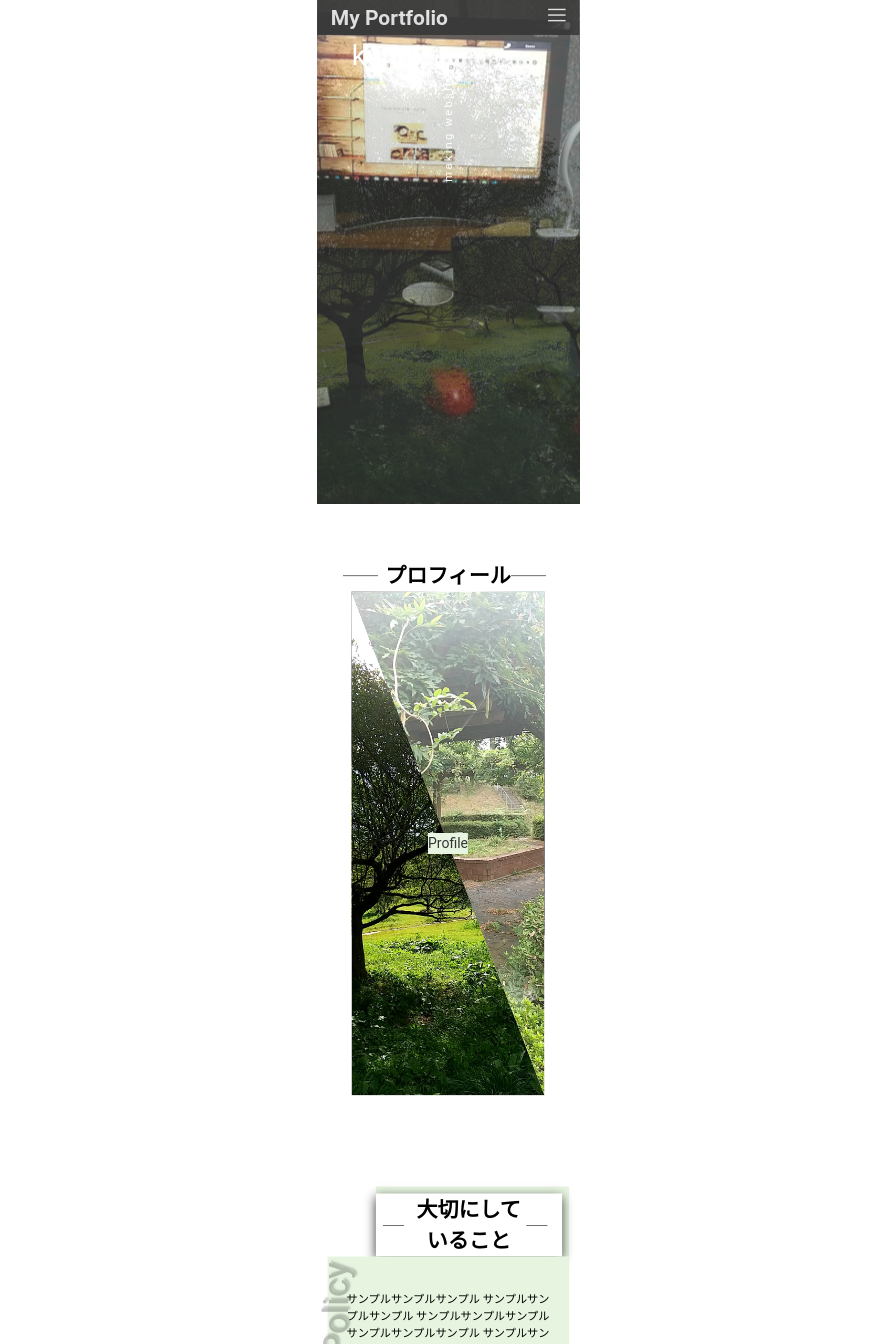
Repository: ppmp556/portfolio6
Page: index copy.html
An editor plug-in stored every save of this project. The page is shown before and after the next save, followed by the edit.
The browser window is 1280 px wide. The pictures show the part of the page from y = 0 to 1920 px (the page is 4078 px tall), at 70% of full size.
Some web libraries are served in a nearby version. The style sheet was rebuilt from its Sass, Less or Tailwind sources for each picture, by a compiler version that may differ from the author's.

Above is the page before, as saved 2020-10-22 16:04:27.

### index copy.html
<!DOCTYPE html>
<html ja>
  <head>
    <meta charset="utf-8" />
    <meta
      name="viewport"
      content="width=device-width, initial-scale=1.0, maximum-scale=1.0, minimum-scale=1.0"
    />
    <title>ポートフォリオ</title>
    <link rel="stylesheet" href="css/faundation.css" />
    <link rel="stylesheet" href="css/main.css" />
    <link
      href="https://use.fontawesome.com/releases/v5.6.1/css/all.css"
      rel="stylesheet"
    />
    <script src="https://ajax.googleapis.com/ajax/libs/jquery/3.4.1/jquery.min.js"></script>
  </head>

  <body>
    <div class="container">

      <div class="kv" id="kv_slide">
        <div class="kv_container">
          <img src="images/道.jpg" alt="" class="kv_img">
          <img src="images/仕事場.jpg" alt="" class="kv_img">
          <img src="images/木.jpg" alt="" class="kv_img">

          <!-- <img src="/images/3566338_s.jpg" alt="" class="kv_img"> -->
          <!-- <img src="/images/3566338_s.jpg" alt="" class="kv_img"> -->
          <!-- <img src="/images/3566338_s.jpg" alt="" class="kv_img"> -->
          <!-- <img src="/images/3566338_s.jpg" alt="" class="kv_img"> -->

          <!-- <div class="kv_wrapper line"> -->
            <div class="kv_txtbox">

              <p class="kv_animetype kv_ttl">
                kuma
                  <!-- ポートフォリオ<span class="line_type">|</span> -->
              </p><!-- /.kv_animetype -->
              <p class="kv_txt">making website</p><!-- /.kv_txt -->

            <!-- </div> -->
            </div><!-- /.kv_txtbox -->
          <!-- /.kv_wrapper -->
        </div><!-- /.kv_container -->
      </div>
      <!-- /#kv.kv -->

      <header class="header" id="top">
        <div class="header_inner flex">
          <h1 class="header_ttl"><a href="index.html">My Portfolio</a></h1>
          <!-- /.header_ttl -->

          <nav class="nav">
            <!-- ハンバーガーメニュー部分 -->

            <div class="nav_ham" id="nav_toggle">
              <span class="nav_line tg1"></span>
              <span class="nav_line tg2"></span>
              <span class="nav_line tg3"></span>
            </div>
            <!-- ハンバーガーメニューここまで -->

            <ul class="nav_list flex">
              <div class="nav_inner">
                <li class="nav_item">
                  <a href="#Top" class="nav_link">TOP</a>
                </li>
                <!-- /.nav_item -->
                <li class="nav_item">
                  <a href="#about" class="nav_link">Profile</a>
                </li>
                <!-- /.nav_item -->
                <li class="nav_item">
                  <a href="#skill" class="nav_link">Skill</a>
                </li>
                <!-- /.nav_item -->
                <li class="nav_item">
                  <a href="#blog" class="nav_link">Blog</a>
                </li>
                <!-- /.nav_item -->
                <li class="nav_item">
                  <a href="#create" class="nav_link">Create</a>
                </li>
                <!-- /.nav_item -->
              </div><!-- /.nav_inner -->
            </ul>
            <!-- /.nav_list -->
          </nav>
          <!-- /.nav -->
        </div><!-- /.header_inner -->
      </header>
      <!-- /.header -->



      <main class="main_container">
        <div class="inner">

          <section class="about" id="about">
            <h2 class="section_ttl">プロフィール</h2>
            <!-- /.section_ttl -->

            <div class="section_inner">
              <p class="about_txt">
                Lorem ipsum dolor sit amet consectetur adipisicing elit. Accusamus laudantium aperiam quis, voluptates nihil asperiores eaque, eligendi quisquam amet animi perspiciatis ex quia inventore maxime, iusto et magni delectus fugit.
              </p><!-- /.about_txt -->

              <div class="about_clip clip1">
                <div class="about_content">
                  <div class="about_imgbox">
                    <img src="images/アイコン.jpg" alt="" class="about_img">
                    <div class="about_share">
                      <a href="" class="about_share_icon">
                        <i class="fab fa-twitter fa-2x share"></i>
                        <p class="about_sharetxt">Twittreアカウント：ぱぺまぺ</p>
                        <!-- /.about_sharetxt --> </a
                      ><!-- /.about_share_icon -->
                        <br>
                      <!-- <a -->
                        <!-- href="https://twitter.com/share" -->
                        <!-- class="twitter_share_button" -->
                        <!-- data-via="webgaku" -->
                        <!-- data-lang="ja" -->
                        <!-- >ツイート</a -->
                      <!-- > -->
                        <!-- <br> -->
                      <a
                        href="https://twitter.com/ppmp65"
                        class="twitter_follow_button"
                        data-show-count="false"
                        data-lang="ja"
                        >@ppmp65さんをフォロー</a
                      >
                    </div>
                    <!-- /.about_share -->
                  </div>
                  <!-- /.about_imgbox -->
                </div>
                <!-- /.about_content -->
              </div><!-- /.about_clip -->


              <div class="about_clip clip2">
                <div class="about_content __aboutblock">
                  <div class="about_imgbox">
                    <img src="/images/IMG_20190603_225315.jpg" alt="" class="about_img">
                  </div><!-- /.about_imgbox -->
                  <p class="about_txt">
                    はじめまして、福島県を拠点に活動するフリーランスエンジニアの熊田といいます。<br />
                  </p>
                  <!-- /.about_txt -->
                </div>
                <!-- /.about_content -->

              </div><!-- /.about_clip -->
            </div>
            <!-- /.section_inner -->
          </section>
          <!-- /#about.about -->



          <section class="policy" id="policy">
            <div class="section_ttlwrap">
              <h2 class="section_ttl">大切にしていること</h2>
            </div><!-- /.section_ttlwrap -->
            <!-- /.section_ttl -->

            <div class="policy_animebox">
              <div class="policy_anime">
                <p class="policy_txt">
                  <!-- 小さなことからコツコツと毎日やる。<br /> -->
                  <!-- 毎日1mmでもいいから前にすすめる。 -->
                  サンプルサンプルサンプル
                  サンプルサンプルサンプル
                  サンプルサンプルサンプル
                  サンプルサンプルサンプル
                  サンプルサンプルサンプル
                </p>
                <!-- /.policy_txt -->
              </div>
              <!-- /.policy_anime -->
            </div>
            <!-- /.policy_anime -->
          </section>
          <!-- /#policy.policy -->

          <section class="skill" id="skill">
            <div class="scroll_fade_row">
              <h2 class="section_ttl">できること</h2>
              <!-- /.section_ttl -->

              <div class="skill_box">
                <div class="skill_content">


                  <!-- <div class="slide_btn prev"> -->
                    <!-- <i class="fas fa-chevron-circle-left"></i> -->
                  <!-- </div> -->
                  <!-- /.slide_btn -->

                  <div class="skill_inner">
                    <div class="skill_inbox slide active">
                      <i class="skillIcon fas fa-pen"></i>
                      <p class="skill_inboxttl">執筆</p>
                      <!-- /.skill_inboxttl -->
                      <p class="skill_txt">
                        文章を考えるのが好きです<br />
                        ブログ執筆で毎日1000～2000文字程度<br />
                        書いています。<br />
                        ブログは毎日1日1記事更新。
                      </p>
                      <!-- /.skill_txt -->
                    </div>
                    <!-- /.skill_inbox -->

                    <div class="skill_inbox slide active">
                      <i class="fab fa-html5"></i>
                      <i class="fab fa-css3"></i>
                      <i class="fab fa-sass"></i>
                      <p class="skill_inboxttl">コーディング</p>
                      <!-- /.skill_inboxttl -->
                      <p class="skill_txt">
                        独学とプログラミングスクール併用<br />
                        全くの知識ゼロから始めました。<br />
                      </p>
                      <!-- /.skill_txt -->
                    </div>
                    <!-- /.skill_inbox -->

                    <div class="skill_inbox slide active">
                      <i class="fab fa-js"></i>
                      <p class="skill_inboxttl">コーディング</p>
                      <!-- /.skill_inboxttl -->
                      <p class="skill_txt">
                        独学とプログラミングスクール併用<br />
                        全くの知識ゼロから始めました。<br />
                      </p>
                      <!-- /.skill_txt -->
                    </div>
                    <!-- /.skill_inbox -->

                    <div class="skill_inbox slide active">
                      <i class="fab fa-wordpress"></i>
                      <p class="skill_inboxttl">コーディング</p>
                      <!-- /.skill_inboxttl -->
                      <p class="skill_txt">
                        独学とプログラミングスクール併用<br />
                        全くの知識ゼロから始めました。<br />
                      </p>
                      <!-- /.skill_txt -->
                    </div>
                    <!-- /.skill_inbox -->



                    <div class="skill_inbox slide active">
                      <i class="skillIcon fas fa-cog"></i>
                      <p class="skill_inboxttl">執筆</p>
                      <!-- /.skill_inboxttl -->
                      <p class="skill_txt">
                        文章を考えるのが好きです<br />
                        ブログ執筆で毎日1000～2000文字程度<br />
                        書いています。<br />
                        ブログは毎日1日1記事更新。
                      </p>
                      <!-- /.skill_txt -->
                    </div>
                    <!-- /.skill_inbox -->
                  </div>
                  <!-- /.skill_inner -->
                </div>
                <!-- /.skill_content -->
              </div>
              <!-- /.skill_box -->
            </div>
            <!-- /.scroll_fade_row -->
          </section>
          <!-- /#skill.skill -->



          <section class="blog" id="blog">
            <div class="scroll_fade_row">
              <div class="section_ttlwrap">
                <h2 class="section_ttl">ブログ</h2>
                <!-- /.section_ttl -->
              </div><!-- /.section_ttlwrap -->

              <div class="section_inner">
                <h3 class="blog_txt">ぱぺまぺの低年収者のための資産運用計画</h3>
                <!-- /.blog_txt -->

                <div class="blog_imgbox">
                  <a href="https://ppmp556.com"
                    >https://ppmp556.com
                    <img
                      class="blogImg"
                      src="images/invest01.png"
                      alt="ブログ1"
                    />
                  </a>
                </div>
                <!-- /.blog_imgbox -->

                <div class="blog_txtbox">
                  <p class="blog_txt">
                    投資ブログです。<br />
                    資金が少なくてもできる投資や、<br />
                    初心者向けの投資、投資についての考え方や<br />
                    ヒントなどを発信しています。（1日1記事更新）
                  </p>
                  <!-- /.blog_txt -->
                </div>
                <!-- /.blog_txtbox -->
              </div>
              <!-- /.section_inner -->
            </div>
            <!-- /.scroll_fade_row -->
          </section>
          <!-- /#blog.blog -->



          <section class="create" id="create">
            <div class="scroll_fade_row">
              <div class="section_ttlwrap">
                <h2 class="section_ttl">制作物</h2>
                <!-- /.section_ttl -->
              </div><!-- /.section_ttlwrap -->
              <div class="section_inner">
                <div class="create_imgbox">
                  <img src="images/Screenshot_2020-05-28 模写.png" alt="" class="create_img">
                  <p class="create_ttl">ポートフォリオ<br />（このサイト）</p>
                  <!-- /.create_ttl -->

                  <!-- アコーディオンメニュー実装する -->
                </div>
                <!-- /.create_imgbox -->
              </div>
              <!-- /.section_inner -->
            </div>
            <!-- /.scroll_fade_row -->
          </section>
          <!-- /#create.create -->
        </div>
        <!-- /.inner -->
      </main>

      <footer class="footer">
        <ul class="footer_list">
          <li class="footer_nav">
            <a href="" class="footer_link"></a>
          </li>
          <!-- /.footer_nav -->
          <li class="footer_nav">
            <a href="" class="footer_link"></a>
          </li>
          <!-- /.footer_nav -->
          <li class="footer_nav">
            <a href="" class="footer_link"></a>
          </li>
          <!-- /.footer_nav -->
          <li class="footer_nav">
            <a href="" class="footer_link"></a>
          </li>
          <!-- /.footer_nav -->
          <li class="footer_nav">
            <a href="" class="footer_link"></a>
          </li>
          <!-- /.footer_nav -->
        </ul>
        <!-- /.footer_list -->

        <div class="footer_copy">
          <small class="footer_txt">@ copyright</small
          ><!-- /.footer_txt -->
        </div>
        <!-- /.footer_copy -->
      </footer>
      <!-- /.footer -->
    </div>
    <!-- /.container -->

    <!-- <btn id="page-top"><a href="#top">PAGE TOP</a></btn> -->
    <script src="https://code.jquery.com/jquery-3.4.1.js"></script>
    <script src="main.js"></script>
  </body>
</html>

### css/faundation.css
/*
html5doctor.com Reset Stylesheet
v1.6.1
Last Updated: 2010-09-17
Author: Richard Clark - http://richclarkdesign.com
Twitter: @rich_clark
*/

html,
body,
div,
span,
object,
iframe,
h1,
h2,
h3,
h4,
h5,
h6,
p,
blockquote,
pre,
abbr,
address,
cite,
code,
del,
dfn,
em,
img,
ins,
kbd,
q,
samp,
small,
strong,
sub,
sup,
var,
b,
i,
dl,
dt,
dd,
ol,
ul,
li,
fieldset,
form,
label,
legend,
table,
caption,
tbody,
tfoot,
thead,
tr,
th,
td,
article,
aside,
canvas,
details,
figcaption,
figure,
footer,
header,
hgroup,
menu,
nav,
section,
summary,
time,
mark,
audio,
video {
  margin: 0;
  padding: 0;
  border: 0;
  outline: 0;
  font-size: 100%;
  vertical-align: baseline;
  background: transparent;
}

body {
  line-height: 1.5;
}

article,
aside,
details,
figcaption,
figure,
footer,
header,
hgroup,
menu,
nav,
section {
  display: block;
}

nav ul {
  list-style: none;
}

table {
  border-collapse: collapse;
  border-spacing: 0;
}


a {
  color: inherit;
  text-decoration: none;
}


img {
  width: 100%;

  /*画像がはみでるのを防ぐ　max-width*/
  max-width: 100%;
  height: auto;

  vertical-align: bottom;
}

/* h1,h2,h3,h4,h5,h6 { */
/* font-weight: bold; */
/* } */

Loaded but not shown: main.js (227 lines, source omitted); css/main.scss (932 lines, source omitted)

After the next save:
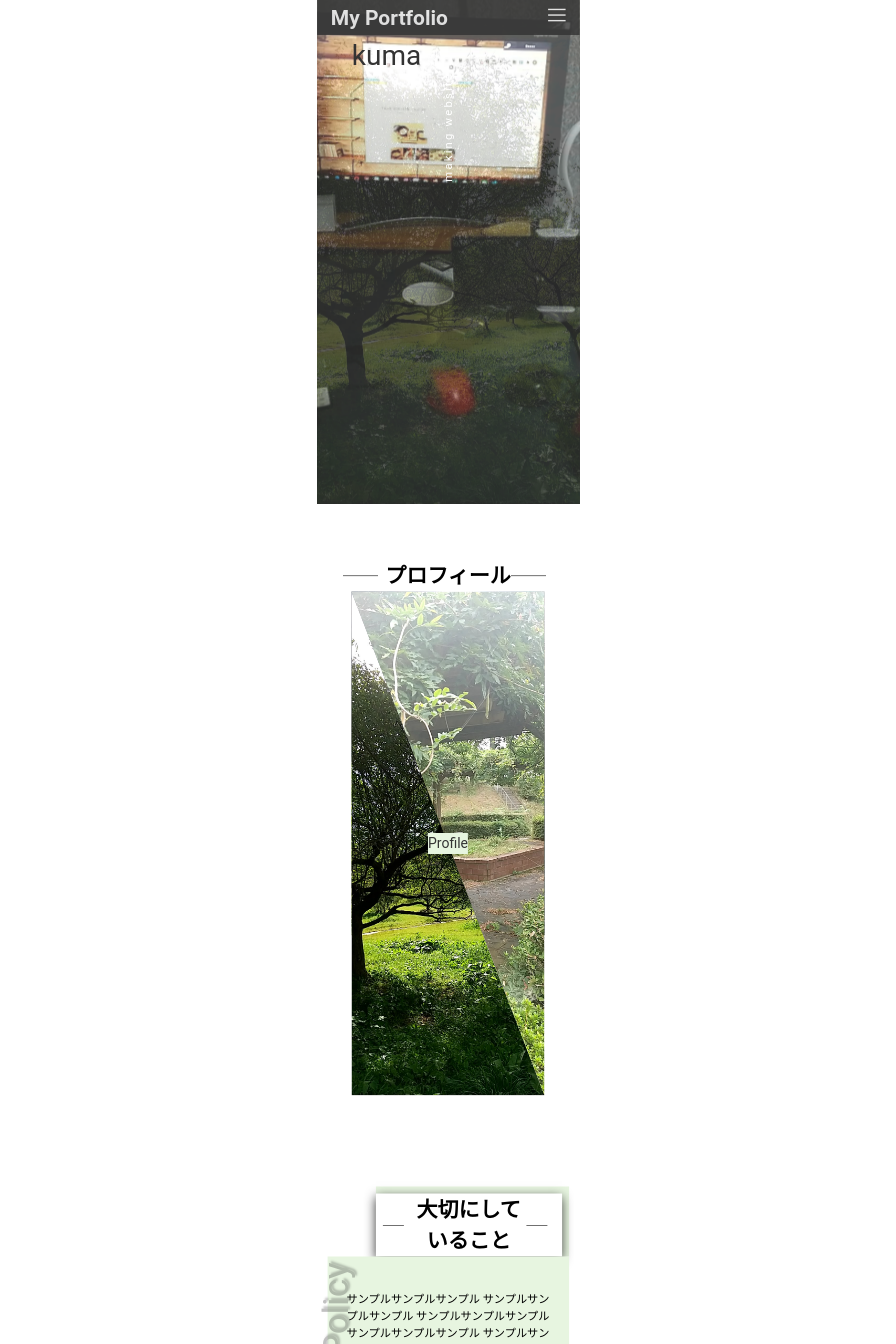
Saved 3 min 21 s later.
--- a/index copy.html
+++ b/index copy.html
@@ -33,7 +33,7 @@
           <!-- <div class="kv_wrapper line"> -->
             <div class="kv_txtbox">
 
-              <p class="kv_animetype kv_ttl">
+              <p class="kv_ttl">
                 kuma
                   <!-- ポートフォリオ<span class="line_type">|</span> -->
               </p><!-- /.kv_animetype -->
